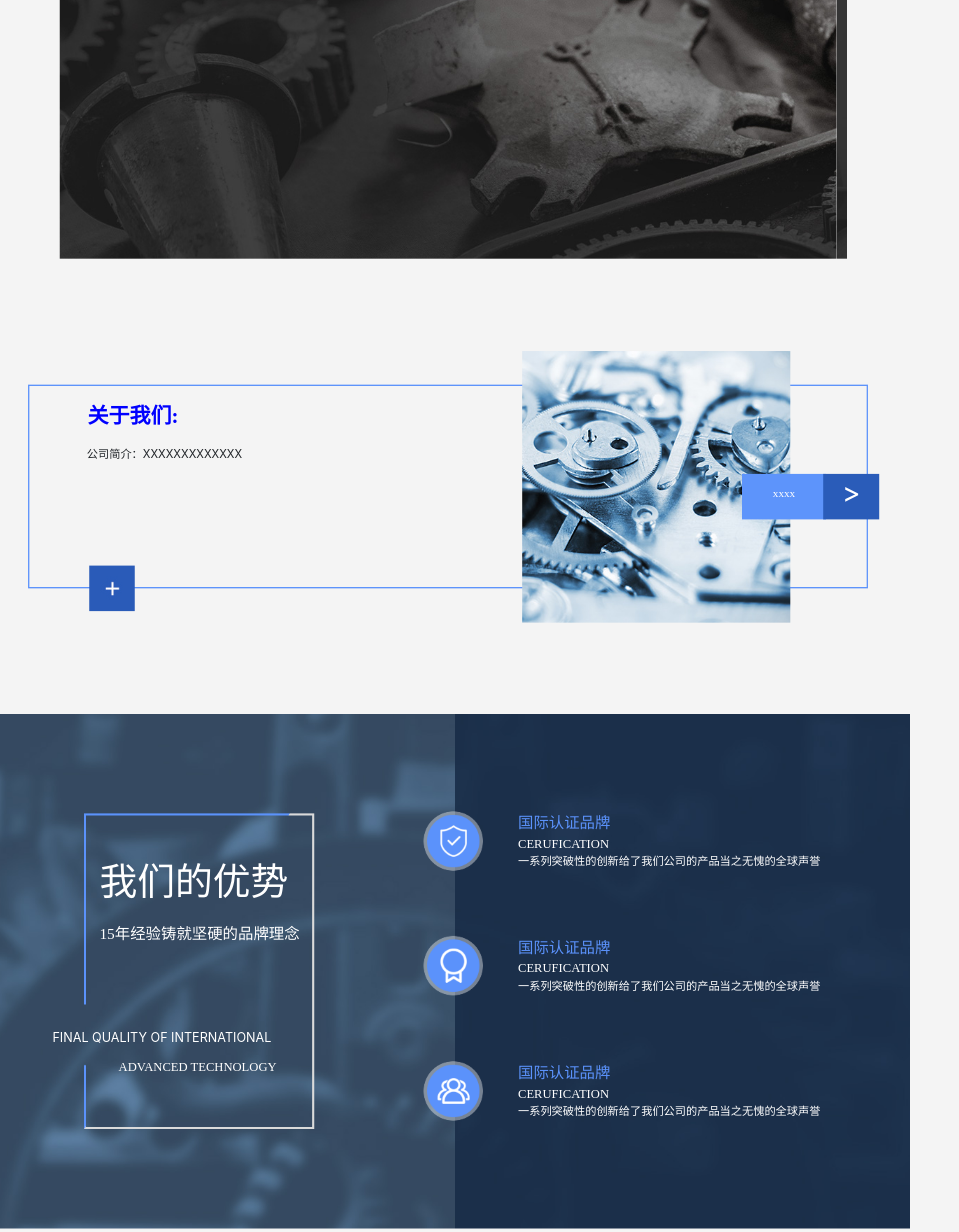
Repository: Noitom/Hadalsnailfish
Page: src/main/resources/static/index.html
An editor plug-in stored every save of this project. The page is shown before and after the next save, followed by the edit.
The browser window is 1280 px wide. The page is 1370 px wide, so the pictures cover 1370 px, including what lies to the right of the window. The pictures show the part of the page from y = 470 to 2230 px (the page is 4313 px tall before and 4193 px after), at 70% of full size.

Above is the page before, as saved 2021-12-13 18:00:41.

After the next save:
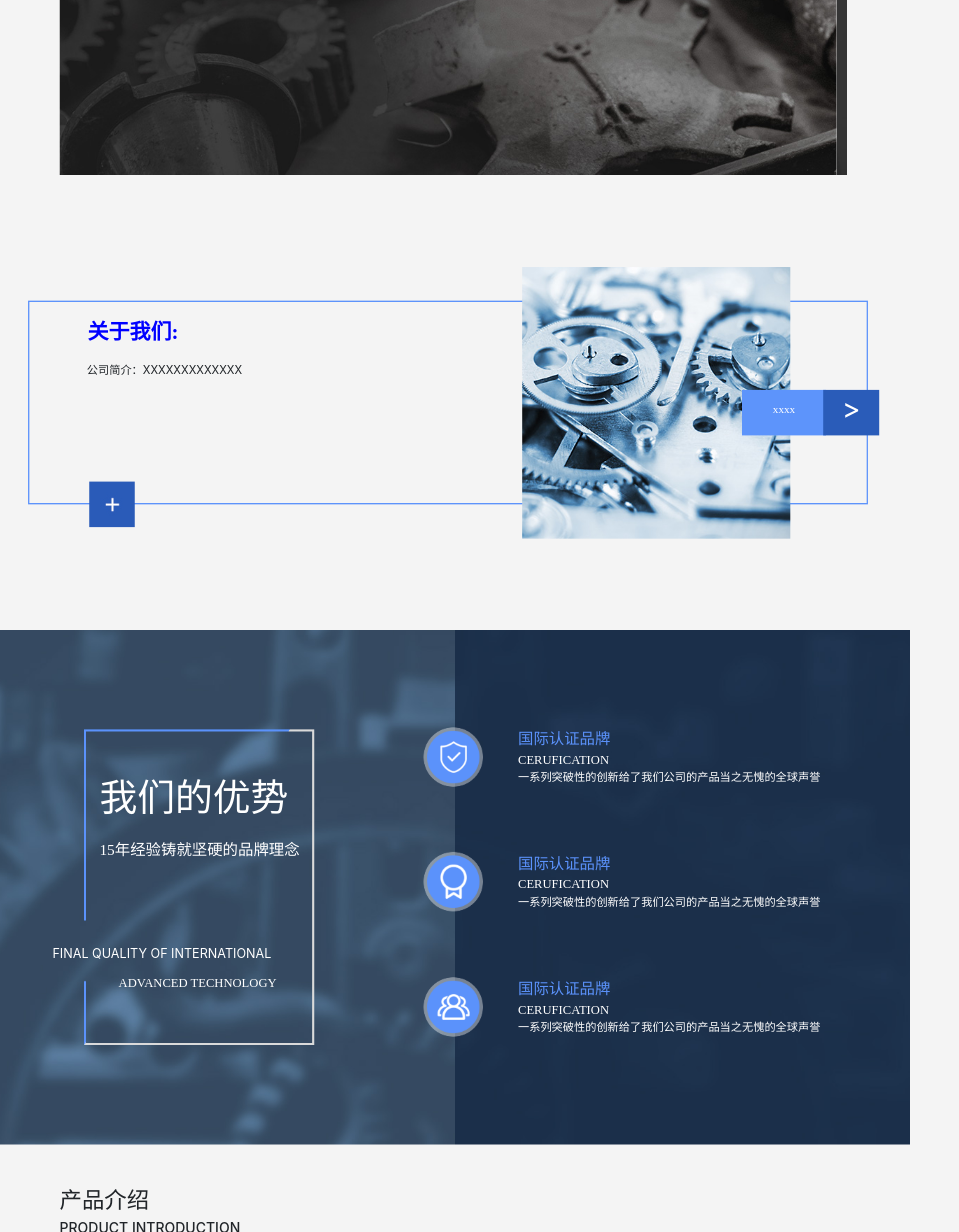
Saved 3 min 49 s later.
--- a/src/main/resources/static/index.html
+++ b/src/main/resources/static/index.html
@@ -131,7 +131,7 @@
     <div class="container" style="width: 100%;overflow-x: hidden">
         <template>
             <div class="block" >
-                <el-carousel height="720px">
+                <el-carousel height="600px">
                     <el-carousel-item v-for="item in imageList" :key="item">
                         <img :src="item" style="height:720px;">
                     </el-carousel-item>
